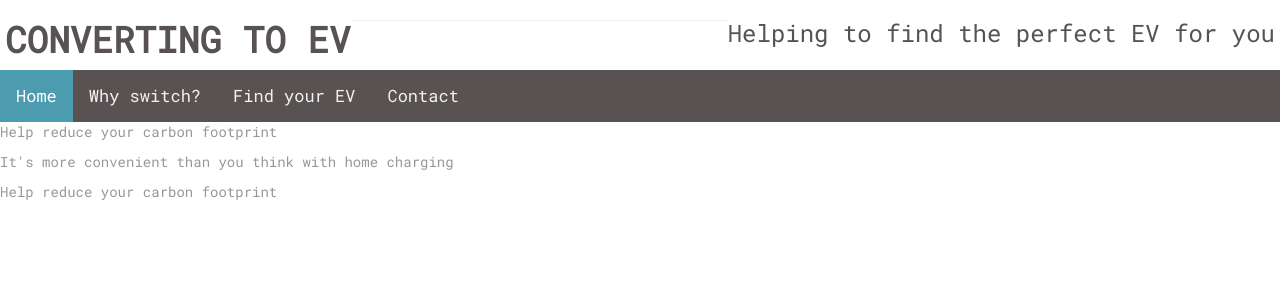
Repository: gnisco/project-2
Page: index.html
The author's editor kept a record of every edit. The page is drawn from the files as they stood at one moment, then again after the next edit.
The browser window is 1280 px wide. The pictures show the whole page.
Some web libraries are served in a nearby version.

Above is the page before.

After the next edit:
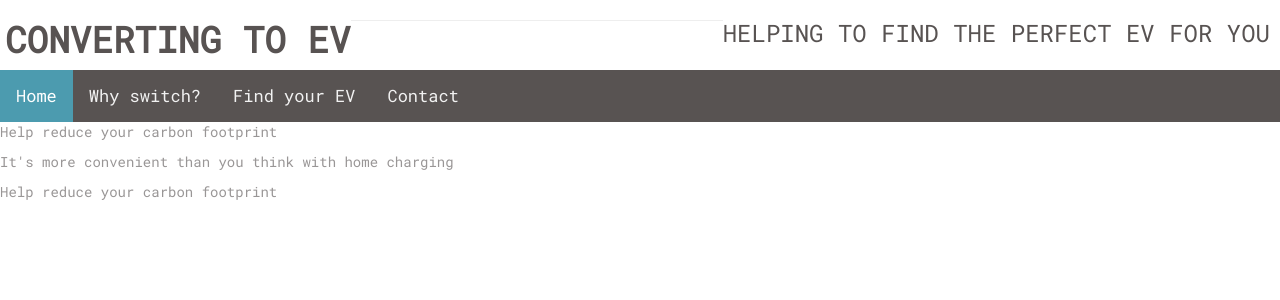
The edit:
--- a/assets/css/style.css
+++ b/assets/css/style.css
@@ -78,7 +78,8 @@
 .sub-title {
     color: #585352;
     text-align: center;
-    margin-right: 5px;
+    text-transform: uppercase;
+    margin-right: 10px;
 }
 
 
